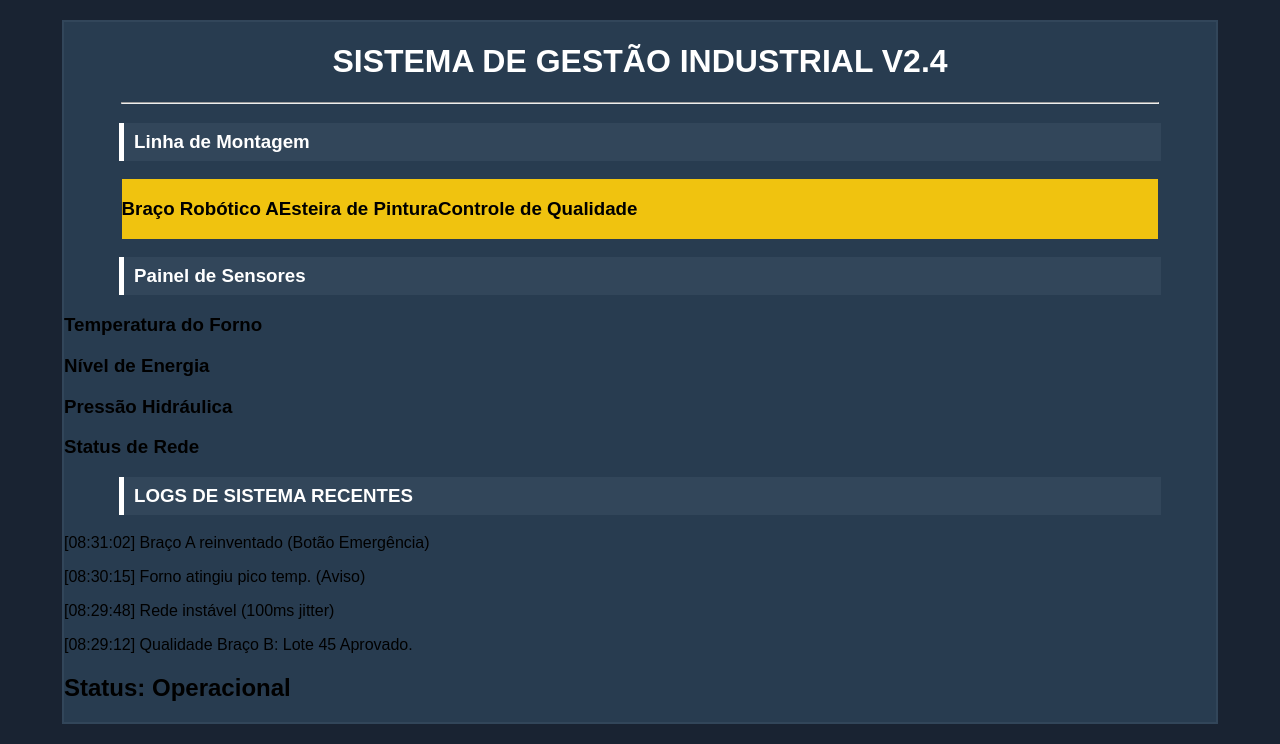
Repository: DanielEDapper/Front-WEG
Page: ProfeIgor/Aula5 - Dashboard Industrial/index.html
These files come from the project's save history. The page is drawn as it stood at one moment and after the next save; the edit follows.
The browser window is 1280 px wide. The pictures show the whole page.
Some icons come from a web library that is not loaded, so they are not drawn.

Above is the page before, as saved 2026-05-29 19:33:02.

After the next save:
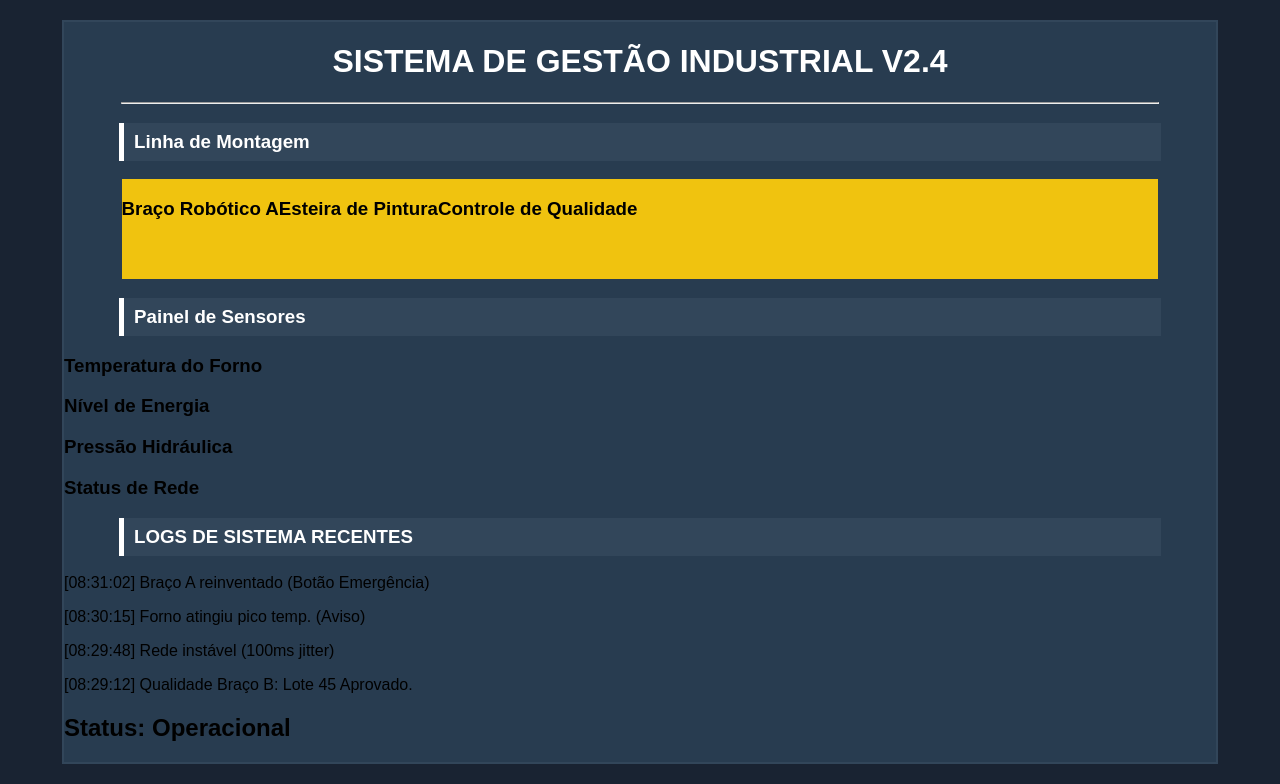
Saved 13 s later.
--- a/ProfeIgor/Aula5 - Dashboard Industrial/style.css
+++ b/ProfeIgor/Aula5 - Dashboard Industrial/style.css
@@ -59,6 +59,8 @@ hr{
     width: 90%;
     justify-self: center;
     flex-basis: 200px;
+    height: 100px;
+
 }
 
 .braco-robotico{
